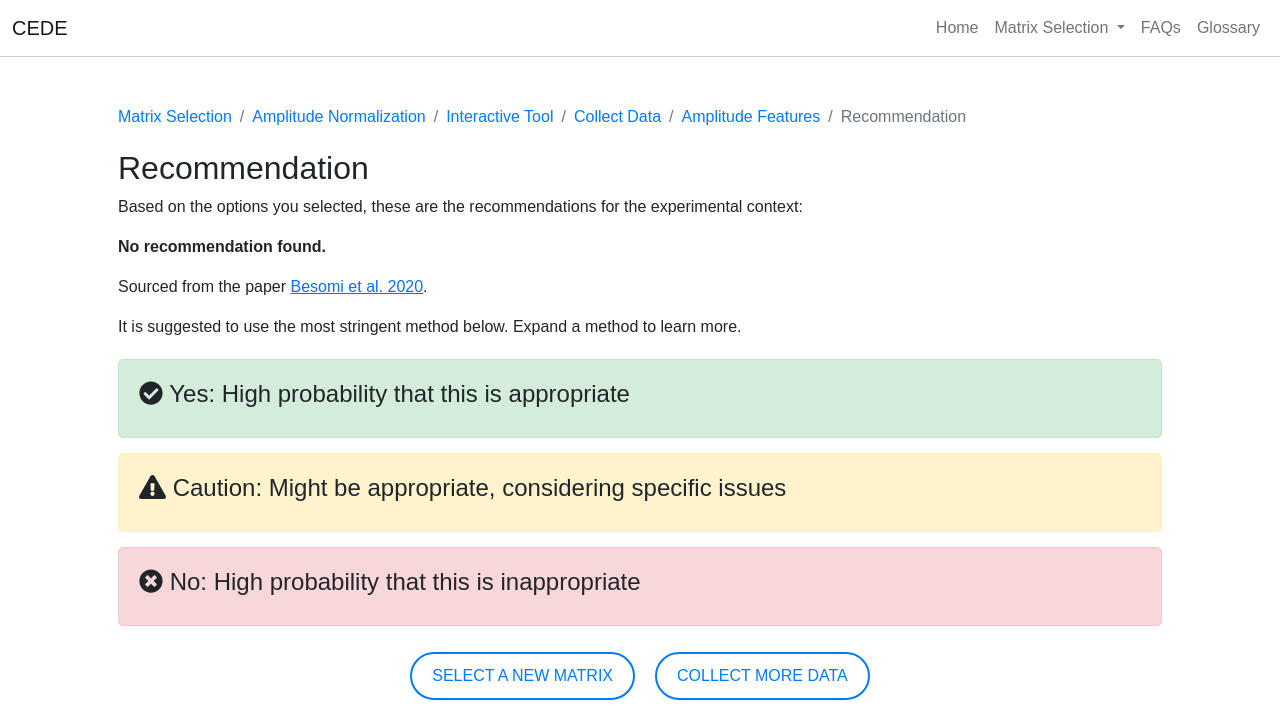
Repository: devashrisamani/CEDE-Website
Page: website/recommendation.html
These files come from the project's save history. The page is drawn as it stood at one moment and after the next save; the edit follows.
The browser window is 1280 px wide. The pictures show the whole page.
Some web libraries are served in a nearby version.

Above is the page before, as saved 2024-06-24 10:44:00.

### website/recommendation.html
<!DOCTYPE html>
<html lang="en">
  <head>
    <meta charset="UTF-8" />
    <meta name="viewport" content="width=device-width, initial-scale=1.0" />
    <title>Recommendation</title>
    <link
      href="https://cdn.jsdelivr.net/npm/bootstrap@5.1.3/dist/css/bootstrap.min.css"
      rel="stylesheet"
    />
    <style>
      body {
        font-family: Arial, sans-serif;
        margin: 0;
        padding: 0;
        background-color: white;
      }

      #wrapper {
        width: 100%;
        text-align: center;
      }

      .navbar {
        border-bottom: 1px solid #cfcfcf;
      }

      .breadcrumb {
        background-color: white;
        margin-bottom: 20px;
      }

      .breadcrumb-item a {
        color: #007bff;
        text-decoration: none;
      }

      .breadcrumb-item a:hover {
        text-decoration: underline;
      }

      .header-title {
        margin-top: 20px;
        margin-bottom: 20px;
        text-align: left;
      }

      .recommendation-section {
        padding: 20px;
        border-radius: 5px;
        margin-bottom: 15px;
      }

      .high-probability {
        background-color: #d4edda;
        border: 1px solid #c3e6cb;
      }

      .caution {
        background-color: #fff3cd;
        border: 1px solid #ffeeba;
      }

      .low-probability {
        background-color: #f8d7da;
        border: 1px solid #f5c6cb;
      }

      .btn-container {
        margin-top: 20px;
        position: fixed;
        bottom: 20px;
        left: 50%;
        transform: translateX(-50%);
        width: 100%;
        display: flex;
        justify-content: center;
        gap: 20px;
      }

      .btn-container .btn {
        padding: 10px 20px;
        font-size: 16px;
        border-radius: 30px;
        border: 2px solid #007bff;
        background-color: white;
        color: #007bff;
        text-transform: uppercase;
      }

      .btn-container .btn:hover {
        background-color: #e0e0e0;
        color: #007bff;
      }

      .collapse-content {
        padding-top: 10px;
      }

      .btn-link {
        text-decoration: none;
        color: inherit;
      }

      .btn-link:hover {
        text-decoration: underline;
      }

      .card-body {
        text-align: left;
      }

      .card-header .btn-link {
        text-align: left;
        width: 100%;
      }
    </style>
  </head>
  <body>
    <nav class="navbar navbar-expand-lg navbar-light bg-white">
      <div class="container-fluid">
        <a class="navbar-brand" href="#">CEDE</a>
        <button
          class="navbar-toggler"
          type="button"
          data-bs-toggle="collapse"
          data-bs-target="#navbarNavAltMarkup"
          aria-controls="navbarNavAltMarkup"
          aria-expanded="false"
          aria-label="Toggle navigation"
        >
          <span class="navbar-toggler-icon"></span>
        </button>
        <div
          class="collapse navbar-collapse justify-content-end"
          id="navbarNavAltMarkup"
        >
          <div class="navbar-nav">
            <a class="nav-link" href="#">Home</a>
            <div class="nav-item dropdown">
              <a
                class="nav-link dropdown-toggle"
                href="#"
                id="matrixSelectionDropdown"
                role="button"
                data-bs-toggle="dropdown"
                aria-expanded="false"
              >
                Matrix Selection
              </a>
              <ul
                class="dropdown-menu"
                aria-labelledby="matrixSelectionDropdown"
              >
                <li>
                  <a class="dropdown-item" href="amplitude.html"
                    >Amplitude Normalization</a
                  >
                </li>
                <li>
                  <a class="dropdown-item" href="#">Electrode Selection</a>
                </li>
                <li><a class="dropdown-item" href="#">Terminology</a></li>
                <li>
                  <a class="dropdown-item" href="#"
                    >High-density surface electromyograph</a
                  >
                </li>
                <li><a class="dropdown-item" href="#">Single Motor Unit</a></li>
              </ul>
            </div>
            <a class="nav-link" href="faq.html">FAQs</a>
            <a class="nav-link" href="#">Glossary</a>
          </div>
        </div>
      </div>
    </nav>

    <!-- Main Content -->
    <div class="container mt-5 px-5">
      <nav aria-label="breadcrumb">
        <ol class="breadcrumb">
          <li class="breadcrumb-item">
            <a href="index.html">Matrix Selection</a>
          </li>
          <li class="breadcrumb-item">
            <a href="amplitude.html">Amplitude Normalization</a>
          </li>
          <li class="breadcrumb-item">
            <a href="inttool.html">Interactive Tool</a>
          </li>
          <li class="breadcrumb-item">
            <a href="collectdata.html">Collect Data</a>
          </li>
          <li class="breadcrumb-item">
            <a href="collectdata.html">Amplitude Features</a>
          </li>
          <li class="breadcrumb-item active" aria-current="page">
            Recommendation
          </li>
        </ol>
      </nav>

      <div class="header-title">
        <h2>Recommendation</h2>
        <p>
          Based on the options you selected, these are the recommendations for
          the experimental context:
        </p>
        <p>
          <strong id="recommendation-text">
            <!-- Recommendation will be displayed here -->
          </strong>
        </p>
        <p>
          Sourced from the paper
          <a href="https://pubmed.ncbi.nlm.nih.gov/32569878/" target="_blank"
            >Besomi et al. 2020</a
          >.
        </p>
        <p>
          It is suggested to use the most stringent method below. Expand a
          method to learn more.
        </p>
      </div>

      <div class="recommendation-section high-probability">
        <h4>
          <i class="fa fa-check-circle" aria-hidden="true"></i> Yes: High
          probability that this is appropriate
        </h4>
        <div id="high-probability-methods" class="accordion"></div>
      </div>

      <div class="recommendation-section caution">
        <h4>
          <i class="fa fa-exclamation-triangle" aria-hidden="true"></i> Caution:
          Might be appropriate, considering specific issues
        </h4>
        <div id="caution-methods" class="accordion"></div>
      </div>

      <div class="recommendation-section low-probability">
        <h4>
          <i class="fa fa-times-circle" aria-hidden="true"></i> No: High
          probability that this is inappropriate
        </h4>
        <div id="low-probability-methods" class="accordion"></div>
      </div>

      <div class="btn-container">
        <button class="btn" onclick="location.href='index.html'">
          Select a New Matrix
        </button>
        <button class="btn" onclick="location.href='collectdata.html'">
          Collect More Data
        </button>
      </div>
    </div>

    <script>
      document.addEventListener("DOMContentLoaded", function () {
        const recommendation = localStorage.getItem("recommendation");

        // Example methods data
        const methodsData = {
          "Experimental context 1: Amplitude comparison within a person and muscle, between conditions/tasks (within a session). *Without removing electrodes (1.1 - 1.6)":
            {
              high: [
                {
                  title:
                    "Normalization to the maximum voluntary contraction (MVC) in the same task/context as the task of interest (with matched contraction type*, muscle length/joint angle, and/or velocity) *isometric; concentric; eccentric.",
                  content:
                    'Normalizing to maximum voluntary contraction (MVC) provides a relative value useful to compare the magnitude of muscle activity in different tasks or conditions. This represents the activity as a proportion of the maximum capacity of the muscle, as long as the normalization contraction is collected in the same position, velocity, and contraction types as the task of interest. <a href="method.html">See More</a>',
                },
                {
                  title:
                    "Normalization to a standardized isometric maximum voluntary contraction (MVC) when it is not possible to match all aspects of the task of interest (e.g., multiple tasks or muscles investigated, complex task).",
                  content: "Additional information about this method.",
                },
                {
                  title:
                    "Normalization to the peak or mean EMG amplitude during the task investigated. <em>For comparisons between conditions (e.g., pre-post intervention in a single session) for a single task (e.g., running).</em>",
                  content: "Additional information about this method.",
                },
                {
                  title: "Non-normalized EMG amplitude.",
                  content: "Additional information about this method.",
                },
              ],
              caution: [
                {
                  title:
                    "Normalization to a standardized submaximal task (isometric/dynamic) that has similar characteristics to the task of interest.",
                  content: "Additional information about this method.",
                },
                {
                  title:
                    "Normalization to the peak or mean EMG amplitude during the task investigated. <em>For comparisons between tasks (e.g., walking vs. running).</em>",
                  content: "Additional information about this method.",
                },
              ],
              low: [
                {
                  title: "Normalized to the maximal M-wave amplitude.",
                  content: "Additional information about this method.",
                },
              ],
            },
          // Add other experimental contexts here if needed
        };

        function updateMethods(methods, elementId) {
          const element = document.getElementById(elementId);
          element.innerHTML = methods
            .map(
              (method, index) => `
            <div class="card">
              <div class="card-header" id="${elementId}Heading${index}">
                <h5 class="mb-0">
                  <button
                    class="btn btn-link collapsed"
                    data-bs-toggle="collapse"
                    data-bs-target="#${elementId}Collapse${index}"
                    aria-expanded="false"
                    aria-controls="${elementId}Collapse${index}"
                  >
                    ${method.title}
                  </button>
                </h5>
              </div>
              <div
                id="${elementId}Collapse${index}"
                class="collapse"
                aria-labelledby="${elementId}Heading${index}"
                data-parent="#${elementId}"
              >
                <div class="card-body">
                  ${method.content}
                </div>
              </div>
            </div>
          `
            )
            .join("");
        }

        if (recommendation && methodsData[recommendation]) {
          document.getElementById("recommendation-text").innerText =
            recommendation;
          updateMethods(
            methodsData[recommendation].high,
            "high-probability-methods"
          );
          updateMethods(methodsData[recommendation].caution, "caution-methods");
          updateMethods(
            methodsData[recommendation].low,
            "low-probability-methods"
          );
        } else {
          document.getElementById("recommendation-text").innerText =
            "No recommendation found.";
        }
      });
    </script>
    <script src="https://code.jquery.com/jquery-3.5.1.slim.min.js"></script>
    <script src="https://cdn.jsdelivr.net/npm/@popperjs/core@2.5.4/dist/umd/popper.min.js"></script>
    <script src="https://cdn.jsdelivr.net/npm/bootstrap@5.1.3/dist/js/bootstrap.bundle.min.js"></script>
    <script src="https://use.fontawesome.com/releases/v5.15.1/js/all.js"></script>
  </body>
</html>

After the next save:
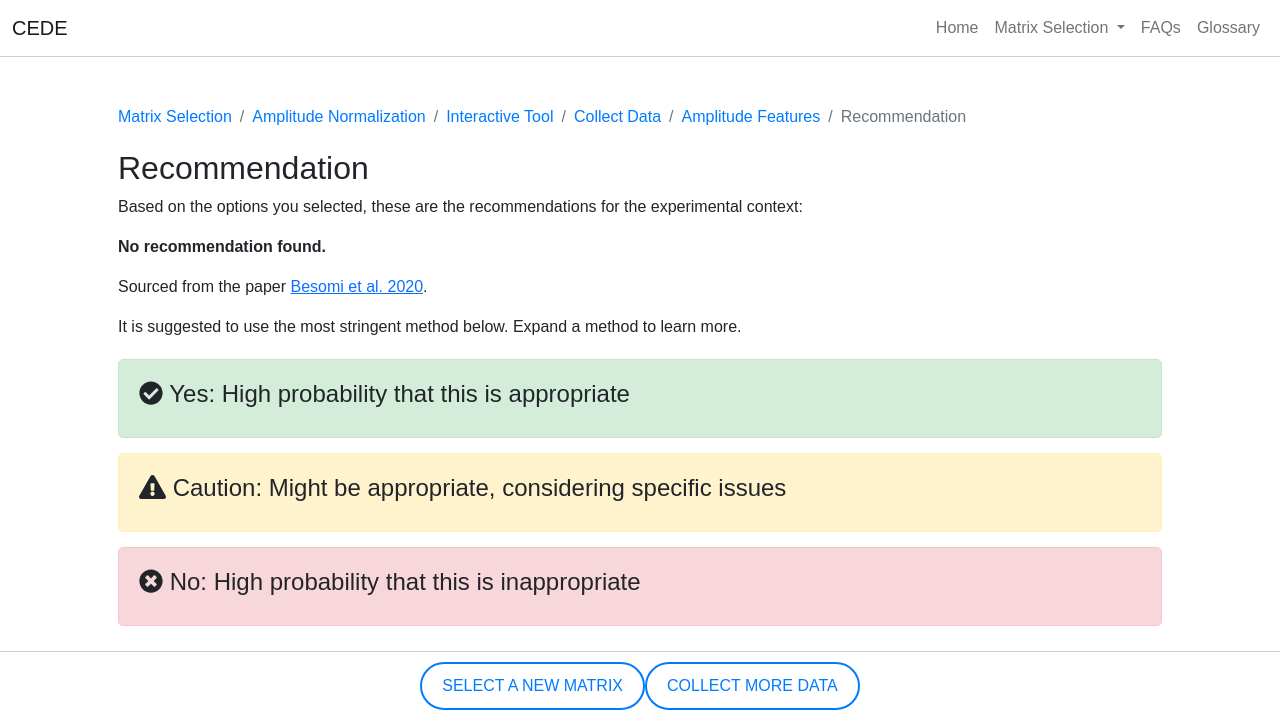
Saved 5 min 40 s later.
--- a/website/recommendation.html
+++ b/website/recommendation.html
@@ -66,16 +66,22 @@
         border: 1px solid #f5c6cb;
       }
 
-      .btn-container {
-        margin-top: 20px;
-        position: fixed;
-        bottom: 20px;
-        left: 50%;
-        transform: translateX(-50%);
-        width: 100%;
+      .btn-container-wrapper {
         display: flex;
         justify-content: center;
-        gap: 20px;
+        width: 100%;
+      }
+
+      .btn-container {
+        position: fixed;
+        bottom: 0;
+        width: 100%;
+        background-color: white;
+        padding: 10px 0;
+        display: flex;
+        justify-content: center;
+        border-top: 1px solid #cfcfcf;
+        z-index: 1000;
       }
 
       .btn-container .btn {
@@ -93,19 +99,6 @@
         color: #007bff;
       }
 
-      .collapse-content {
-        padding-top: 10px;
-      }
-
-      .btn-link {
-        text-decoration: none;
-        color: inherit;
-      }
-
-      .btn-link:hover {
-        text-decoration: underline;
-      }
-
       .card-body {
         text-align: left;
       }
@@ -113,6 +106,10 @@
       .card-header .btn-link {
         text-align: left;
         width: 100%;
+      }
+
+      .container {
+        padding-bottom: 80px; /* to ensure the content does not hide behind the fixed button */
       }
     </style>
   </head>
@@ -248,13 +245,15 @@
         <div id="low-probability-methods" class="accordion"></div>
       </div>
 
-      <div class="btn-container">
-        <button class="btn" onclick="location.href='index.html'">
-          Select a New Matrix
-        </button>
-        <button class="btn" onclick="location.href='collectdata.html'">
-          Collect More Data
-        </button>
+      <div class="btn-container-wrapper">
+        <div class="btn-container">
+          <button class="btn" onclick="location.href='index.html'">
+            Select a New Matrix
+          </button>
+          <button class="btn" onclick="location.href='collectdata.html'">
+            Collect More Data
+          </button>
+        </div>
       </div>
     </div>
 
